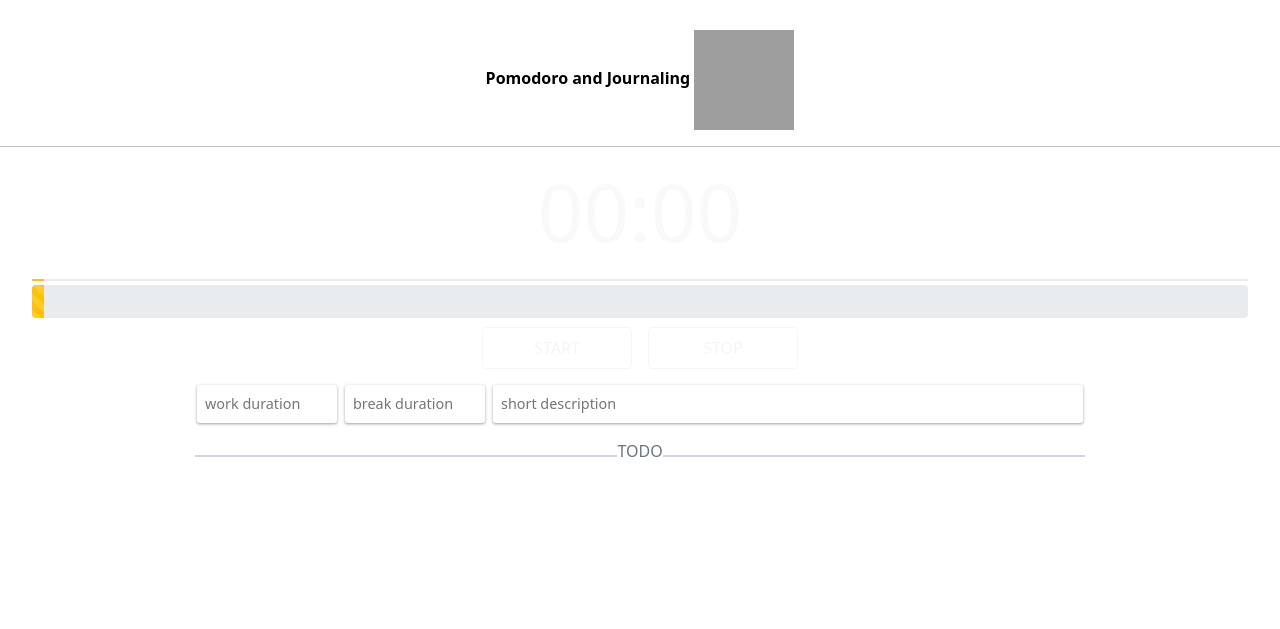
Repository: Lucid-art/Team-8-Project
Page: templates/pomodoro.html
These files come from the project's save history. The page is drawn as it stood at one moment and after a run of saves; the edit follows.
The browser window is 1280 px wide. The pictures show the whole page.
Pictures or frames that could not be fetched are drawn as grey boxes. Some web libraries are served in a nearby version.

Above is the page before, as saved 2021-06-10 07:24:26.
Console error: TypeError: Cannot read properties of null (reading 'addEventListener')

### templates/pomodoro.html
<!DOCTYPE html>
<html lang="en">
<head>
    <meta charset="UTF-8">
    <meta http-equiv="X-UA-Compatible" content="IE=edge">
    <meta name="viewport" content="width=device-width, initial-scale=1.0">


    <!-- Font awesome -->
    <script src="https://kit.fontawesome.com/02b5c565be.js" crossorigin="anonymous"></script>
    <!-- Bootstrap Css -->
    <link href="https://cdn.jsdelivr.net/npm/bootstrap@5.0.0-beta3/dist/css/bootstrap.min.css" rel="stylesheet" integrity="sha384-eOJMYsd53ii+scO/bJGFsiCZc+5NDVN2yr8+0RDqr0Ql0h+rP48ckxlpbzKgwra6" crossorigin="anonymous">
    <!-- Custom Css -->
    <link rel= "stylesheet" href = "/static/style.css">
    <title>Pomodoro Timer</title>
</head>
<body>

    <div id = "main">
        <p><b id= "bold">Pomodoro and Journaling</b>  <a href = "/entryType">
            <img alt="/entryType" src="https://www.clipartmax.com/png/small/46-466028_around-the-library-books-circle-icon-png.png" width= "100" height= "100">

        </a>
     <!-- </p><hr width = "400"> -->

        </a>    </p><hr>

    </div>

        <!-- Header -->
        <div class="main-container">
            <div class="my-header d-flex flex-column align-items-center">
                <small class="remTime fw-normal display-1 text-light mb-3">00:00</small>

                <!-- Progress Bar -->
                <div class="progBar">
                    <div class="progress my-1" style="height:2px;">
                        <div class="progress-bar p1 bg-warning" role="progressbar" style="width: 1%;" aria-valuenow="25" aria-valuemin="0" aria-valuemax="100"></div>
                          </div>
                          <div class="progress" style="height: 33px;">
                            <div class="progress-bar p2 bg-warning progress-bar-striped progress-bar-animated" role="progressbar" style="width: 1%;" aria-valuenow="25" aria-valuemin="0" aria-valuemax="100"></div>
                          </div>
                </div>



                <p class="noticeBoard fs-6 text-center mt-3" style="color:black;"></p>
                <div class="my-btns d-flex">
                    <a href="#" class="resume py-2 mx-2 d-none ">RESUME</a>
                    <a href="#" class="pause py-2 mx-2 d-none">PAUSE</a>
                    <a href="#" class="start py-2 mx-2">START</a>
                    <a href="#" class="stop py-2 mx-2 ">STOP</a>

                </div>
            </div>

        </div>

       <small class="error d-flex justify-content-center fw-lighter mt-2 d-none" style="color: red;">Please fill all the inputs or work/break duration must be greater than 0(zero)</small>


       <!-- Description Form -->
        <div class="description mt-3">
            <form action="" class="desc-form d-flex justify-content-center">
                <input type="number" class="workDur p-2 mx-1"  name="workTime" placeholder="work duration">
                <input type="number" class="breakDur p-2 mx-1"  name="breakTime" placeholder="break duration">
                <input type="text" class="taskDesc p-2 mx-1" name="shortDesc"  placeholder="short description" autocomplete=off>
            </form>
        </div>

         <!-- TODO Heading -->
         <div class="TODO-heading d-flex justify-content-center pt-2 text-muted mt-2 ">
            <hr style="width: 33%; height: 2px;color: #434D7A;">
            <span>TODO</span>
            <hr style="width: 33%;height: 2px; color: #434D7A;">
        </div>

       <div class="completed-list">

       </div>

        <script src="/static/script.js"></script>
        <script src="/static/theme.js"></script>
</body>
</html>

### static/style.css
body {
    --text-color: #000000;
    --bkg-color: #ffffff;
}

h1,
b {
  color: var(--text-color);
}

#bold {
    color: var(--text-color);
}

#main{
    display: inline;
    text-align: center;
}

hr {
    color: var(--text-color);
}

#wrap{
    text-align: center;
}


.body {
    margin: 0px;
    padding: 0px;
  }
  .bar{
    overflow: hidden;
    background-color: black;
    color: white;
    position: fixed;
    width: 100%;
}

.bar a{
    float: left;
    color: white;
    text-align: center;
    padding: 14px 16px;
    text-decoration: none;
    font-size: 17px;
}

.bar a:hover{
    background-color: grey;
    color: white;
}

.right{
    float: right;
}

.text{
    margin-top: 50px;
    text-align: center;
}






.body
  .main-container {
    display: grid;
    place-content: center;
    margin: auto;
    width: 100%;
    max-width: 70%;
    height: 300px;
    background: var(--bkg-color);
    margin-top: 10px;
    border-radius: 5px;
    box-shadow: rgba(50, 50, 93, 0.25) 0px 6px 12px -2px, rgba(0, 0, 0, 0.3) 0px 3px 7px -3px;
  }
  .my-btns a{
      border: 1px solid whitesmoke;
      border-radius: 5px;
      text-decoration: none;
      color: whitesmoke;
      display: grid;
      place-content: center;
      width: 150px;
      background-color: transparent
  }
  .my-btns a:hover{
      background-color:whitesmoke;
      color: rgb(128, 128, 128);
  }

  .progBar{
      height: 20px;
      width: 95%;
  }

  input{
      border:none;
      box-shadow: rgba(60, 64, 67, 0.3) 0px 1px 2px 0px, rgba(60, 64, 67, 0.15) 0px 1px 3px 1px;
      border-radius: 3px;
      font-size: 0.9rem;
      outline: none;

  }

  .workDur{
      width: 140px;
  }
  .breakDur{
      width: 140px;
  }
  .taskDesc{
      width: 590px;
  }

  .item{
      height: 90px;
      width: 100%;
      max-width: 70%;
      box-shadow: rgba(60, 64, 67, 0.3) 0px 1px 2px 0px, rgba(60, 64, 67, 0.15) 0px 1px 3px 1px;
      border-radius: 5px;
      margin: auto;
      border-left: 6px solid #D9534F;

  }

/* New code*/

.theme-buttons {
    /*all the grid stuff*/
    display: grid;
    grid-template-columns: 1fr 1fr 1fr 1fr;
    grid-gap: 10px;
    /*transmation */
    transition:  .3s ease
}

.button-stuff {
    border-radius: 0.25rem;
    font-size: 20px;
    padding: 5px 60px;
    border: none;
    transition:  .3s ease;
    outline: none;
}

.button {
    border: none;
}

 body {
    background: var(--bkg-color);
    padding-bottom: 30px;
    padding-top: 30px;
}

body.stealth-theme {
    --text-color: #383e42;
    --bkg-color: #010203;
  }

  #stealth {
    background-color: #010203;
    color:#383e42;
  }

  body.bmo-theme {
    --text-color: #124883;
    --bkg-color: #63bda4;
  }

  #bmo {
    background-color: #63bda4;
    color:#124883;
  }

  body.striker-theme {
    --text-color: #d6dbd9;
    --bkg-color: #124883;
  }

  #striker {
    background-color: #124883;
    color:#d6dbd9;
  }

  body.red-samurai-theme {
    --text-color: #c79e6e;
    --bkg-color: #84202c;
  }

  #red-samurai {
    background-color: #84202c;
    color: #c79e6e;
  }
/*
.vaporwave {
    background-color: #a4a7ea;
    color:#e368da;
    border-radius: 0.25rem;
    font-size: 20px;
    padding: 5px 60px;
    border: none;
    transition:  .3s ease;
    outline: none;
}

.vaporwave:hover{
    transform: scale(1.2);
    -webkit-transform: scale(1.2);
    -ms-transform: scale(1.2);
}

.vaporwave-mode {
    background-color: #a4a7ea;
    color:#e368da;
}

.methol {
    background-color: #00c18c;
    color:#ffffff;    border-radius: 0.25rem;
    font-size: 20px;
    padding: 5px 60px;
    border: none;
    transition:  .3s ease
}

.methol:hover{
    transform: scale(1.2);
    -webkit-transform: scale(1.2);
    -ms-transform: scale(1.2);
}

.striker {
    background-color: #124883;
    color:#d6dbd9;    border-radius: 0.25rem;
    font-size: 20px;
    padding: 5px 60px;
    border: none;
    transition:  .3s ease
}

.striker:hover{
    transform: scale(1.2);
    -webkit-transform: scale(1.2);
    -ms-transform: scale(1.2);
}

.red-samurai {
    background-color: #84202c;
    color: #c79e6e;    border-radius: 0.25rem;
    font-size: 20px;
    padding: 5px 60px;
    border: none;
    transition:  .3s ease
}

.red-samurai:hover{
    transform: scale(1.2);
    -webkit-transform: scale(1.2);
    -ms-transform: scale(1.2);
}

.sweden {
    background-color: #0058a3;
    color: #ffcc02;   border-radius: 0.25rem;
    font-size: 20px;
    padding: 5px 60px;
    border: none;
    transition:  .3s ease
}

.sweden:hover{
    transform: scale(1.2);
    -webkit-transform: scale(1.2);
    -ms-transform: scale(1.2);
}

.bliss {
    background-color: #262727;
    color: #f0d3c9;    border-radius: 0.25rem;
    font-size: 20px;
    padding: 5px 60px;
    border: none;
    transition:  .3s ease
}

.bliss:hover{
    transform: scale(1.2);
    -webkit-transform: scale(1.2);
    -ms-transform: scale(1.2);
}

.pulse {
    background-color: #181818;
    color: #17b8bd;    border-radius: 0.25rem;
    font-size: 20px;
    padding: 5px 60px;
    border: none;
    transition:  .3s ease
}

.pulse:hover{
    transform: scale(1.2);
    -webkit-transform: scale(1.2);
    -ms-transform: scale(1.2);
}

.metropolis {
    background-color: #0f1f2c;
    color: #e368da;    border-radius: 0.25rem;
    font-size: 20px;
    padding: 5px 60px;
    border: none;
    transition:  .3s ease
}

.metropolis:hover{
    transform: scale(1.2);
    -webkit-transform: scale(1.2);
    -ms-transform: scale(1.2);
}

.stealth {
    background-color: #010203;
    color:#383e42;    border-radius: 0.25rem;
    font-size: 20px;
    padding: 5px 60px;
    border: none;
    transition:  .3s ease
}

.stealth:hover{
    transform: scale(1.2);
    -webkit-transform: scale(1.2);
    -ms-transform: scale(1.2);
}

.aether {
    background-color: #101820;
    color:#eedaea;    border-radius: 0.25rem;
    font-size: 20px;
    padding: 5px 60px;
    border: none;
    transition:  .3s ease
}

.aether:hover{
    transform: scale(1.2);
    -webkit-transform: scale(1.2);
    -ms-transform: scale(1.2);
}

.darling {
    background-color: #fec8cd;
    color: #ffffff;    border-radius: 0.25rem;
    font-size: 20px;
    padding: 5px 60px;
    border: none;
    transition:  .3s ease
}

.darling:hover{
    transform: scale(1.2);
    -webkit-transform: scale(1.2);
    -ms-transform: scale(1.2);
}

.cafe {
    background-color: #ceb18d;
    color:#14120f;    border-radius: 0.25rem;
    font-size: 20px;
    padding: 5px 60px;
    border: none;
    transition:  .3s ease
}

.cafe:hover{
    transform: scale(1.2);
    -webkit-transform: scale(1.2);
    -ms-transform: scale(1.2);
}
*/

*{
    box-sizing:border-box;
}

### static/script.js
const descForm = document.querySelector('.desc-form')
const myBtns = document.querySelector('.my-btns');
const errorMessage = document.querySelector('.error')
const remTime = document.querySelector('.remTime');
const notice = document.querySelector('.noticeBoard')


const completed = document.querySelector('.completed-list')

let workDuration = descForm.workTime.value;
let breakDuration = descForm.breakTime.value;
let shortDesc = descForm.shortDesc.value;
let timeRatio_of_progress = ((workDuration * 60)/100) * 1000;

descForm.workTime.addEventListener('keyup',e=>{
    errorMessage.classList.add('d-none')
    workDuration = e.target.value;
    workMinutes = workDuration - 1;
    timeRatio_of_progress = ((workDuration * 60)/100) * 1000;

})
descForm.breakTime.addEventListener('keyup',e=>{
    errorMessage.classList.add('d-none')
    breakDuration = e.target.value;
    breakMinutes = breakDuration - 1;

})
descForm.shortDesc.addEventListener('keyup',e=>{
    errorMessage.classList.add('d-none')
    shortDesc = e.target.value;
})



//Variables
let workMinutes  = workDuration -1;
let breakMinutes = breakDuration -1;
let timer1 = undefined
let timer2 = undefined
let breakcount = 0;
let seconds = 60;
let currentTime = undefined;
let EndTime = undefined;
let width = 0;




myBtns.addEventListener('click',(e)=>{
    if(e.target.classList.contains('start')){
        if(workDuration !== '0' && workDuration !==''){
            if(breakDuration !== '0' && breakDuration !== ''){
                if(shortDesc !== ''){
                    myIntervals();
                    disabling();
                    console.log(1)
                    myBtns.children[1].classList.remove('d-none')
                    myBtns.children[2].classList.add('d-none')
                    const checkCurrtime = new Date();
                    currentTime = checkCurrtime.toLocaleTimeString();
                }
                else{
                errorMessage.classList.remove('d-none')
                }
            }
            else{
            errorMessage.classList.remove('d-none')
            }
        }
        else{
            errorMessage.classList.remove('d-none')
        }

        }
    else if(e.target.classList.contains('pause')){
        clearInterval(timer1);
        clearInterval(timer2)
        myBtns.children[1].classList.add('d-none')
        myBtns.children[0].classList.remove('d-none')
    }
    else if(e.target.classList.contains('resume')){
        myIntervals();
        myBtns.children[0].classList.add('d-none')
        myBtns.children[1].classList.remove('d-none')
    }
    else if(e.target.classList.contains('stop')){
        myBtns.children[0].classList.add('d-none')
        myBtns.children[1].classList.add('d-none')
        myBtns.children[2].classList.remove('d-none')

        const checkEndtime = new Date();
        EndTime = checkEndtime.toLocaleTimeString();

        let html = `
        <div class="item my-4">
            <h5 class="px-4 mb-2 pt-3" style="color: green;">${shortDesc}</h5>
            <p class="px-4 fw-normal">${sessionTime()}</p>
        </div>     `
        completed.innerHTML += html
        clearAll();
    }

})




//fucntion, which is for showing the remaining time to user
let timeReamaining = () =>{
    seconds = seconds - 1;
    if(seconds === 0){
        workMinutes = workMinutes - 1;
        if(workMinutes === -1){
            if(breakcount % 2 === 0){
                workMinutes = breakMinutes;
                breakcount = breakcount + 1;
                notice.innerText = `(Break Time)`

            }else{
                width = 1;
                workMinutes = workDuration - 1;
                breakcount = breakcount + 1;
                notice.innerText = ' ';

        }
    }
        seconds = 59;
    }
//Here we are rendring the change in time on the timer screen
let html = `${workMinutes<10? `0${workMinutes}`:workMinutes}:${seconds<10? `0${seconds}`:seconds}`
remTime.innerText = html;
}


const progressBar1 = document.querySelector('.p1')
const progressBar2 = document.querySelector('.p2')
let increaseProgress = () =>{
    if(width === 100){
        progressBar1.style.width = 1 + '%'
        progressBar2.style.width = 1 + '%'
    }else{
        width ++;
        progressBar1.style.width = width + '%';
        progressBar2.style.width = width + '%';

    }

}

//fucntion to start time intervals
let myIntervals = () =>{
    timer1 = setInterval(timeReamaining,1000);
    timer2 = setInterval(increaseProgress,timeRatio_of_progress)
}

let disabling = () =>{
   descForm.workTime.disabled = true
   descForm.breakTime.disabled = true
   descForm.shortDesc.disabled = true
}
let enabling = () =>{
    descForm.workTime.disabled = false;
    descForm.breakTime.disabled = false;
    descForm.shortDesc.disabled = false;
    descForm.reset();
}

//function to reset all values
let clearAll = () =>{
    enabling();
    clearInterval(timer1)
    clearInterval(timer2)
    workMinutes = workDuration - 1;
    seconds = 60;
    breakMinutes = breakDuration - 1;
    shortDesc = ''
    progressBar1.style.width = 1 + '%'
    progressBar2.style.width = 1 + '%'
    remTime.textContent = `00:00`
    notice.textContent = '';
    width = 1

}

//fuction to show the starting and ending time
let sessionTime = () =>{
    return `Session was started at ${currentTime} and ended at ${EndTime}`
}

### static/theme.js
const stealth = document.querySelector("#stealth");
const striker = document.querySelector("#striker");
const redsamurai =  document.querySelector("#red-samurai");
const bmo =  document.querySelector("#bmo");


//where the code is saved to localstorage

const currentTheme = localStorage.getItem("theme");
if (currentTheme == "stealth") {
  document.body.classList.add("stealth-theme");
}else if (currentTheme == "striker") {
  document.body.classList.add("striker-theme");
}else if (currentTheme == "redsamurai") {
  document.body.classList.add("red-samurai-theme");
}else if (currentTheme == "bmo") {
  document.body.classList.add("bmo-theme");
}

stealth.addEventListener("click", function () {
  document.body.classList.toggle("stealth-theme"); //where the css id should go

  let theme = "light";
  if (document.body.classList.contains("stealth-theme")) {
    theme = "stealth";
  }
  localStorage.setItem("theme", theme);
});

//striker

striker.addEventListener("click", function () {
  document.body.classList.toggle("striker-theme");

  let theme = "light";
  if (document.body.classList.contains("striker-theme")) {
    theme = "striker";
  }
  localStorage.setItem("theme", theme);// this is pretty esentail <-- dislexia
});


//redsamurai

redsamurai.addEventListener("click", function () {
  document.body.classList.toggle("red-samurai-theme");

  let theme = "light";
  if (document.body.classList.contains("red-samurai-theme")) {
    theme = "redsamurai";
  }
  localStorage.setItem("theme", theme);
});

//BMO theme
bmo.addEventListener("click", function () {
  document.body.classList.toggle("bmo-theme");

  let theme = "light";
  if (document.body.classList.contains("bmo-theme")) {
    theme = "bmo";
  }
  localStorage.setItem("theme", theme);
});

After the next 3 saves:
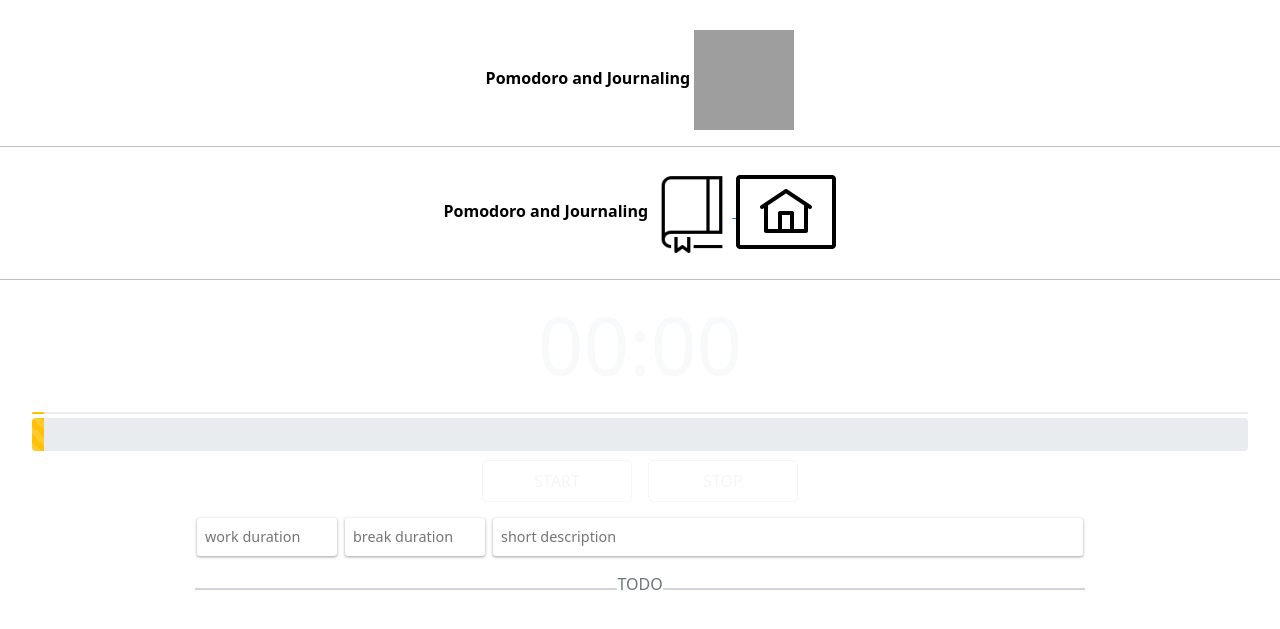
The 3 saves are shown as one change because they came seconds apart.
The last was saved 33 h 13 min later.
--- a/templates/pomodoro.html
+++ b/templates/pomodoro.html
@@ -17,6 +17,7 @@
 <body>
 
     <div id = "main">
+
         <p><b id= "bold">Pomodoro and Journaling</b>  <a href = "/entryType">
             <img alt="/entryType" src="https://www.clipartmax.com/png/small/46-466028_around-the-library-books-circle-icon-png.png" width= "100" height= "100">
 
@@ -24,6 +25,11 @@
      <!-- </p><hr width = "400"> -->
 
         </a>    </p><hr>
+
+
+        <p><b>Pomodoro and Journaling</b>  <a href = "/entryType">
+            <img class = "book" alt="/entryType" src="/static/book.png" width= "80" height= "80">
+        </a> <a href = "/"> <img src = "/static/home-screen.png" class = "home"></a>   </p><hr>
 
     </div>
 
